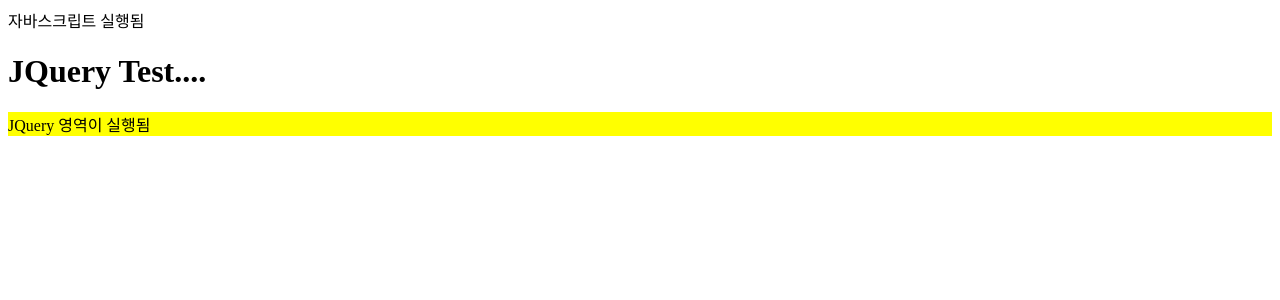
Repository: KangSuA/JSP
Page: webApp/src/main/webapp/jquery/jq01_start.html
An editor plug-in stored every save of this project. The page is shown before and after the next save, followed by the edit.
The browser window is 1280 px wide. The pictures show the whole page.

Above is the page before, as saved 2023-02-14 02:42:52.

### webApp/src/main/webapp/jquery/jq01_start.html
<!DOCTYPE html>
<html>
<head>
<meta charset="UTF-8">
<title>Insert title here</title>
<!--  jquery 외부파일로 연결 -->
<script src='jquery-3.6.3.min.js'></script>
<style>
	#view{background:yellow;}
</style>
<script>
	//jquery code
	// document에서 ready이벤트가 발생하면 function 함수를 실행한다.
	$(document).ready(function(){
		//jquery 실행문
		$("#view").append("JQuery 영역이 실행됨");

	});

	document.write("자바스크립트 실행됨")

	//jquery code
</script>
</head>
<body>
	<h1>JQuery Test....</h1>
	<div id="view"></div>
</body>
</html>
<script>
	//jquery code
</script>

Loaded but not shown: webApp/src/main/webapp/jquery/jquery-3.6.3.min.js (library)

After the next save:
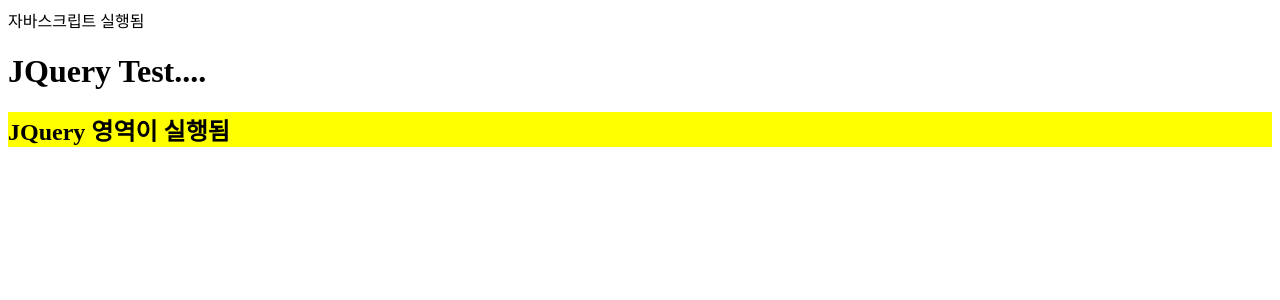
Saved 2 min 8 s later.
--- a/webApp/src/main/webapp/jquery/jq01_start.html
+++ b/webApp/src/main/webapp/jquery/jq01_start.html
@@ -13,7 +13,7 @@
 	// document에서 ready이벤트가 발생하면 function 함수를 실행한다.
 	$(document).ready(function(){
 		//jquery 실행문
-		$("#view").append("JQuery 영역이 실행됨");
+		$("#view").append("<h2>JQuery 영역이 실행됨</hr></hr>");
 
 	});
 
